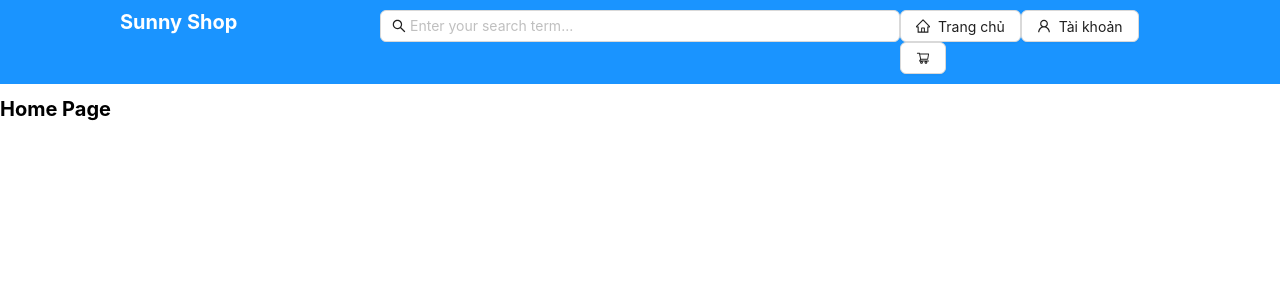
Repository: manhhieu120499/E-Commerce
Page: /
An editor plug-in stored every save of this project. The page is shown before and after the next save, followed by the edit.
The browser window is 1280 px wide. The pictures show the whole page.
The project was rebuilt for these pictures with package versions that can differ from the ones it lists, and the page was loaded fresh each time. Also part of the build but not shown: src/pages/product/Product.js, src/pages/order/Order.js, src/pages/notFound/NotFound.js, src/layouts/NormalLayout/NormalLayout.js.

Above is the page before, as saved 2024-12-31 18:24:17.

After the next save:
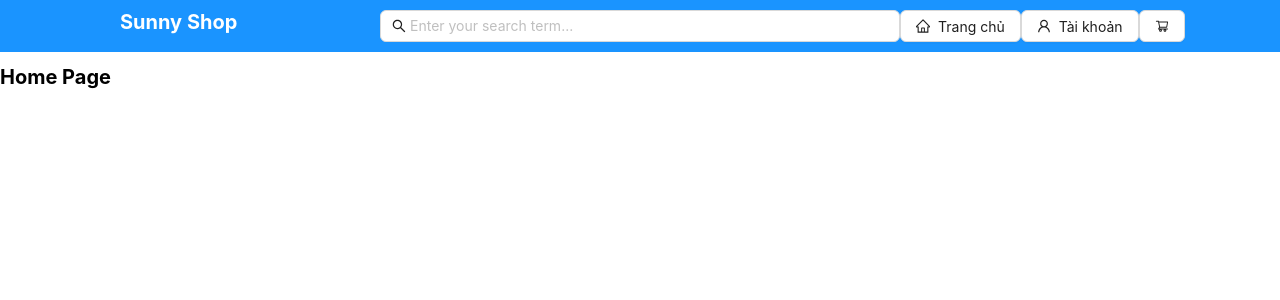
Saved 111 s later.
--- a/src/components/Header/Header.js
+++ b/src/components/Header/Header.js
@@ -23,7 +23,14 @@ export default function Header({ children }) {
             }}
           />
         </Col>
-        <Col span={6} space-around>
+        <Col
+          span={6}
+          style={{
+            display: "flex",
+            alignItems: "center",
+            justifyContent: "space-around",
+          }}
+        >
           <Button>
             <HomeOutlined />
             <span>Trang chủ</span>
